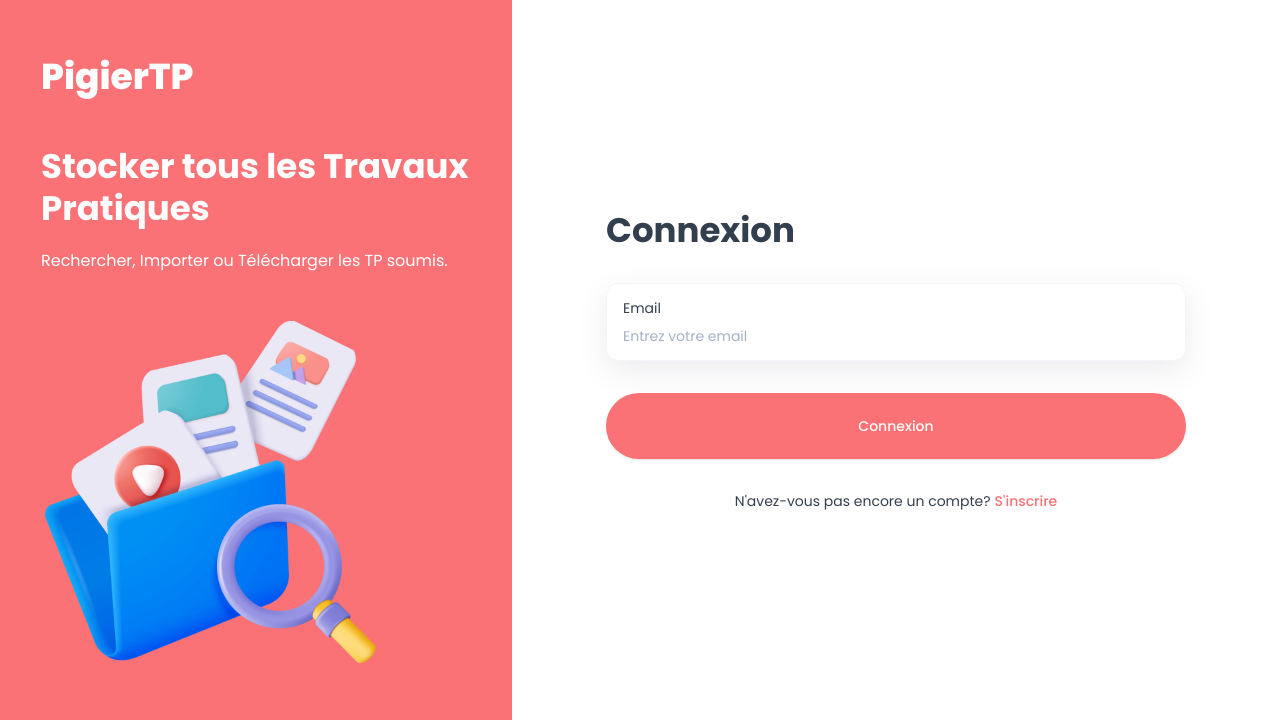
Repository: Tychiq/pigier_tp
Page: /sign-in
The author's editor kept a copy of each file at every save. The page is drawn from the files as they stood at one save, then again after the next save.
The browser window is 1280 px wide. The pictures show the whole page.
The page's requests for data from a server got no answer. The project was rebuilt for these pictures with package versions that can differ from the ones it lists, and the page was loaded fresh each time. The framework's server and built-in components were replaced by stand-ins that run in the browser. No one was signed in, and anything a server would have sent is missing. Also part of the build but not shown: next.config.ts, components/ui/alert-dialog.tsx, components/ui/input-otp.tsx, components/OTPModal.tsx.

Above is the page before, as saved 2025-05-02 13:55:20.

After the next save:
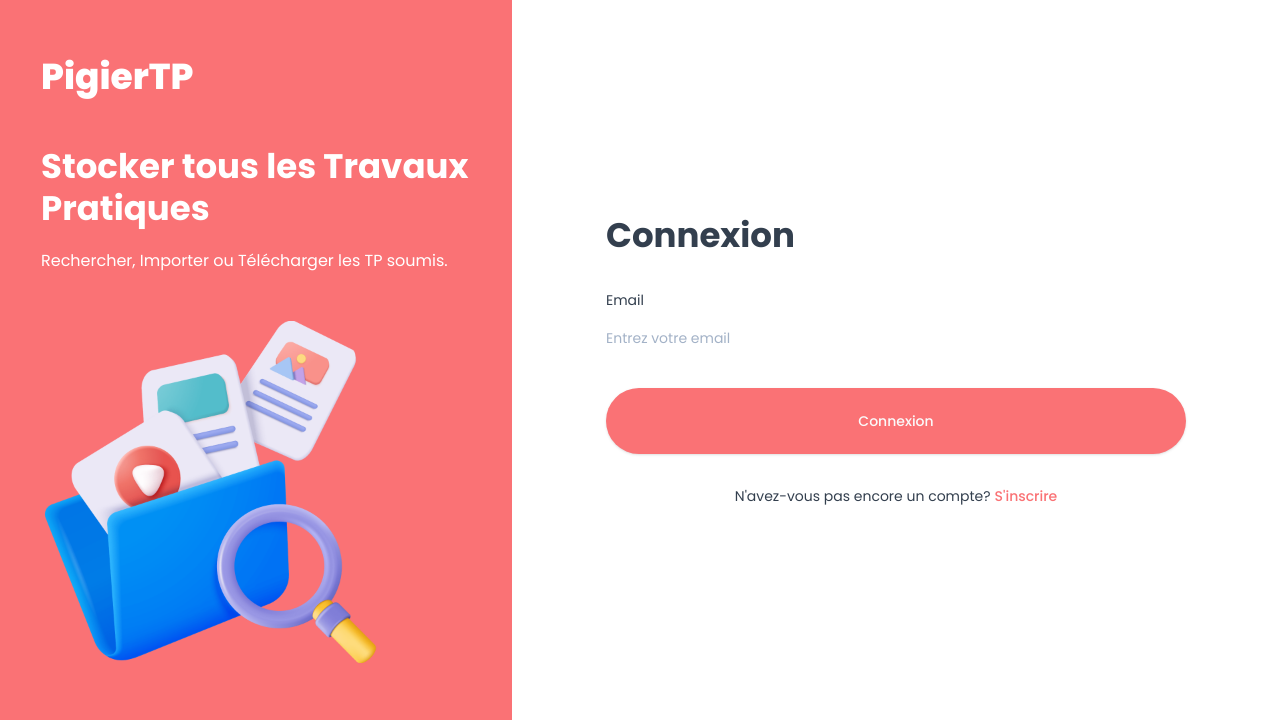
Saved 104 s later.
--- a/components/AuthForm.tsx
+++ b/components/AuthForm.tsx
@@ -3,7 +3,6 @@
 import { z } from "zod";
 import { zodResolver } from "@hookform/resolvers/zod";
 import { useForm } from "react-hook-form";
-
 import { Button } from "@/components/ui/button";
 import {
   Form,
@@ -19,25 +18,26 @@ import Image from "next/image";
 import Link from "next/link";
 import { createAccount, signInUser } from "@/lib/actions/user.actions";
 import OtpModal from "@/components/OTPModal";
-import { redirect } from "next/navigation";
+import { useRouter } from "next/navigation";
 
 type FormType = "sign-in" | "sign-up";
 
+// Zod validation schema based on form type
 const authFormSchema = (formType: FormType) =>
   z.object({
     email: z.string().email(),
-    fullName: formType === "sign-up"
-      ? z.string().min(2).max(50)
-      : z.string().optional(),
-    isStudent: z.boolean().default(false),
+    fullName: formType === "sign-up" ? z.string().min(2).max(50) : z.string().optional(),
+    isStudent: formType === "sign-up" ? z.boolean().default(false) : z.boolean().optional(),
   });
 
 const AuthForm = ({ type }: { type: FormType }) => {
+  const router = useRouter();
   const [isLoading, setIsLoading] = useState(false);
-  const [errorMessage, setErrorMessage] = useState("");
+  const [errorMessage, setErrorMessage] = useState<string | null>(null);
   const [accountId, setAccountId] = useState<string | null>(null);
   const [isStudent, setIsStudent] = useState(false);
 
+  // Create form schema based on form type (sign-up or sign-in)
   const formSchema = authFormSchema(type);
   const form = useForm<z.infer<typeof formSchema>>({
     resolver: zodResolver(formSchema),
@@ -50,7 +50,7 @@ const AuthForm = ({ type }: { type: FormType }) => {
 
   const onSubmit = async (values: z.infer<typeof formSchema>) => {
     setIsLoading(true);
-    setErrorMessage("");
+    setErrorMessage(null);
 
     try {
       const user =
@@ -65,16 +65,14 @@ const AuthForm = ({ type }: { type: FormType }) => {
       setAccountId(user.accountId);
       setIsStudent(user.isStudent ?? false);
 
-      // Redirect the user based on their type
+      // Redirect based on user type after successful sign-in/sign-up
       if (user.isStudent) {
-        // Redirect to the student page if the user is a student
-        redirect("/student");
+        router.push("/student"); // Redirect to student page
       } else {
-        // Redirect to another page (e.g., the dashboard or home)
-        redirect("/dashboard"); // Or whatever page you want for non-students
+        router.push("/dashboard"); // Redirect to dashboard for non-students
       }
-    } catch {
-      setErrorMessage("Échec lors de la création de compte. Réessayez encore.");
+    } catch (error) {
+      setErrorMessage("Échec lors de la création de compte ou de la connexion. Réessayez.");
     } finally {
       setIsLoading(false);
     }
@@ -94,16 +92,14 @@ const AuthForm = ({ type }: { type: FormType }) => {
               name="fullName"
               render={({ field }) => (
                 <FormItem>
-                  <div className="shad-form-item">
-                    <FormLabel className="shad-form-label">Nom Complet</FormLabel>
-                    <FormControl>
-                      <Input
-                        placeholder="Entrez votre nom complet"
-                        className="shad-input"
-                        {...field}
-                      />
-                    </FormControl>
-                  </div>
+                  <FormLabel className="shad-form-label">Nom Complet</FormLabel>
+                  <FormControl>
+                    <Input
+                      placeholder="Entrez votre nom complet"
+                      className="shad-input"
+                      {...field}
+                    />
+                  </FormControl>
                   <FormMessage className="shad-form-message" />
                 </FormItem>
               )}
@@ -115,16 +111,14 @@ const AuthForm = ({ type }: { type: FormType }) => {
             name="email"
             render={({ field }) => (
               <FormItem>
-                <div className="shad-form-item">
-                  <FormLabel className="shad-form-label">Email</FormLabel>
-                  <FormControl>
-                    <Input
-                      placeholder="Entrez votre email"
-                      className="shad-input"
-                      {...field}
-                    />
-                  </FormControl>
-                </div>
+                <FormLabel className="shad-form-label">Email</FormLabel>
+                <FormControl>
+                  <Input
+                    placeholder="Entrez votre email"
+                    className="shad-input"
+                    {...field}
+                  />
+                </FormControl>
                 <FormMessage className="shad-form-message" />
               </FormItem>
             )}
@@ -136,31 +130,29 @@ const AuthForm = ({ type }: { type: FormType }) => {
               name="isStudent"
               render={({ field }) => (
                 <FormItem>
-                  <div className="shad-form-item">
-                    <FormLabel className="shad-form-label">
-                      Vous êtes étudiant(e)?
-                    </FormLabel>
-                    <FormControl>
-                      <div className="flex items-center space-x-4">
-                        <label className="flex items-center space-x-2">
-                          <input
-                            type="radio"
-                            checked={field.value === true}
-                            onChange={() => field.onChange(true)}
-                          />
-                          <span>Oui</span>
-                        </label>
-                        <label className="flex items-center space-x-2">
-                          <input
-                            type="radio"
-                            checked={field.value === false}
-                            onChange={() => field.onChange(false)}
-                          />
-                          <span>Non</span>
-                        </label>
-                      </div>
-                    </FormControl>
-                  </div>
+                  <FormLabel className="shad-form-label">
+                    Vous êtes étudiant(e)?
+                  </FormLabel>
+                  <FormControl>
+                    <div className="flex items-center space-x-4">
+                      <label className="flex items-center space-x-2">
+                        <input
+                          type="radio"
+                          checked={field.value === true}
+                          onChange={() => field.onChange(true)}
+                        />
+                        <span>Oui</span>
+                      </label>
+                      <label className="flex items-center space-x-2">
+                        <input
+                          type="radio"
+                          checked={field.value === false}
+                          onChange={() => field.onChange(false)}
+                        />
+                        <span>Non</span>
+                      </label>
+                    </div>
+                  </FormControl>
                   <FormMessage className="shad-form-message" />
                 </FormItem>
               )}
